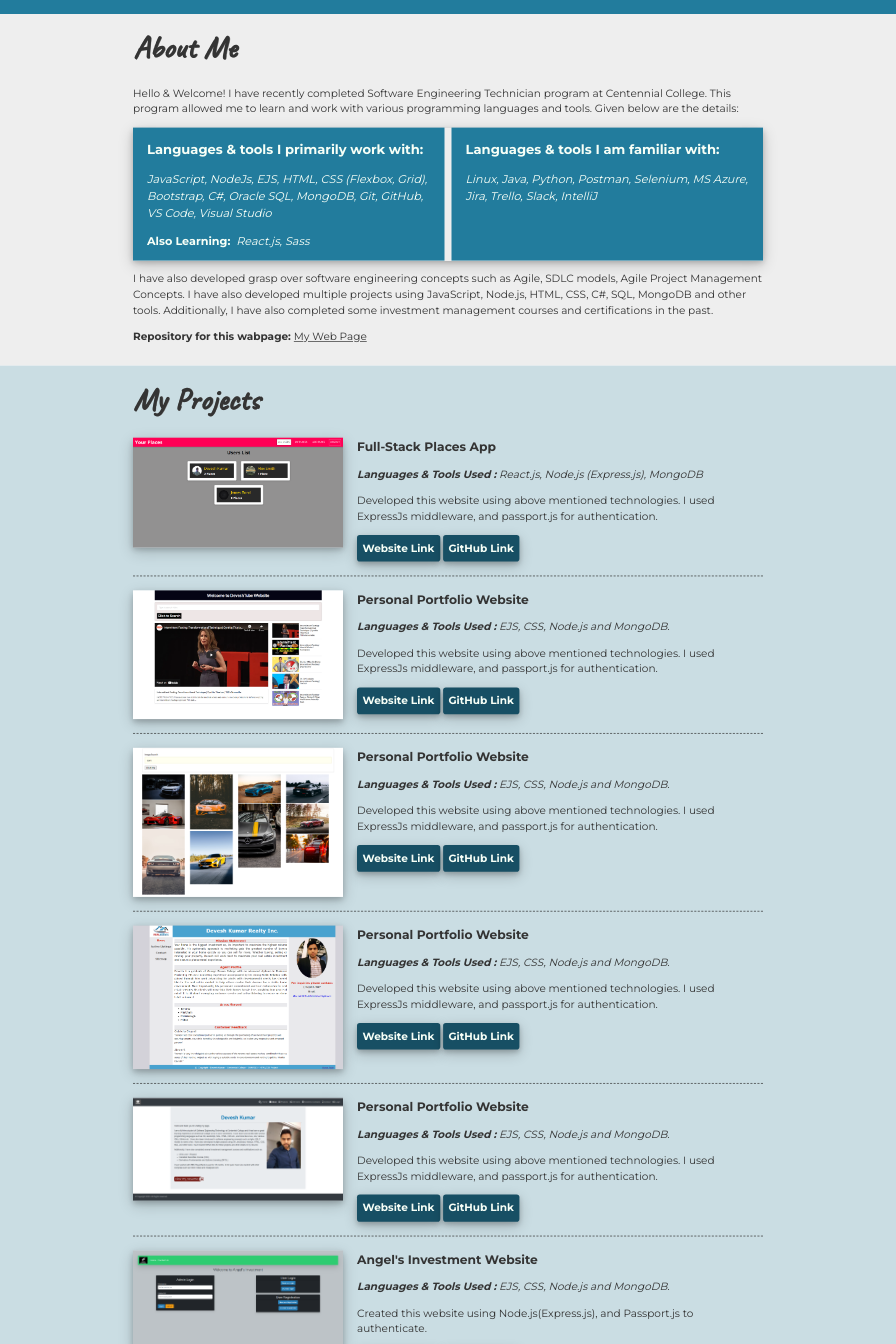
Repository: My-Web-Page/MyWebPage
Page: index.html
The author's editor kept a copy of each file at every save. The page is drawn from the files as they stood at one save, then again after the next save.
The browser window is 1280 px wide. The pictures show the part of the page from y = 555 to 2475 px (the page is 4755 px tall before and 4779 px after), at 70% of full size.
Some web libraries are served in a nearby version.

Above is the page before, as saved 2021-09-06 22:54:21.

### index.html
<!DOCTYPE html>
<html lang="en">

<head>
    <meta charset="UTF-8">
    <meta name="viewport" content="width=device-width, initial-scale=1.0">
    <link href="./assets/images/favicon.ico" rel="icon" type="image/x-icon" />

    <title> Devesh Kumar : Full-Stack Developer</title>
    <link rel="preconnect" href="https://fonts.gstatic.com">
    <link href="https://fonts.googleapis.com/css2?family=Caveat&family=Montserrat:wght@400;700&display=swap" rel="stylesheet">
    <link rel="stylesheet" href="https://pro.fontawesome.com/releases/v5.10.0/css/all.css" integrity="sha384-AYmEC3Yw5cVb3ZcuHtOA93w35dYTsvhLPVnYs9eStHfGJvOvKxVfELGroGkvsg+p" crossorigin="anonymous" />

    <link rel="stylesheet" href="style.css">
</head>

<body>
    <main>
        <!-- ***********************  ABOUT / PROFILE  *********************** -->
        <header>
            <div class="container">
                <h1>Devesh Kumar</h1>
                <h2>Software Developer</h2>
            </div>
        </header>

        <nav id="navbar">
            <ul class="nav-ul">
                <li>
                    <a href="#about-me"><i class="fas fa-info-circle"></i>About Me</a>
                </li>
                <li>
                    <a href="#projects"><i class="fab fa-elementor"></i>Projects</a>
                </li>
                <li>
                    <a href="#education"><i class="fas fa-graduation-cap"></i>Education</a>
                </li>
                <li>
                    <a href="#work-experience"><i class="fas fa-briefcase"></i>Work Experience</a>
                </li>
                <li>
                    <a href="#contact"><i class="fas fa-mobile-alt"></i>Contact Me</a>
                </li>
            </ul>
        </nav>

        <!-- *********************About Me***********************  -->
        <section id="about-me">
            <div class="container">
                <h2>About Me</h2>
                <p>Hello & Welcome! I have recently completed Software Engineering Technician program at Centennial College. This program allowed me to learn and work with various programming languages and tools. Given below are the details: </p>
                <div class="grid-container">
                    <div class="grid-item">
                        <h3>Languages & tools I primarily work with:</h3>
                        <p> JavaScript, NodeJs, EJS, HTML, CSS (Flexbox, Grid), Bootstrap, C#, Oracle SQL, MongoDB, Git, GitHub, VS Code, Visual Studio</p>
                        <p><strong>Also Learning:</strong>&nbsp; <em>React.js, Sass</em></p>
                    </div>

                    <div class="grid-item">
                        <h3>Languages & tools I am familiar with:</h3>
                        <p>Linux, Java, Python, Postman, Selenium, MS Azure, Jira, Trello, Slack, IntelliJ</p>
                    </div>
                </div>
                <p>I have also developed grasp over software engineering concepts such as Agile, SDLC models, Agile Project Management Concepts. I have also developed multiple projects using JavaScript, Node.js, HTML, CSS, C#, SQL, MongoDB and other tools.
                    Additionally, I have also completed some investment management courses and certifications in the past.
                </p>

                <p><strong>Repository for this wabpage: </strong><a id="my-page-repo" target="_blank" href="https://github.com/portretrieve/MyWebPage">My Web Page</a></p>

            </div>
        </section>

        <!-- *********************Pop-Ups***********************  -->
        <section class="popup-wrapper" id="popup">
            <div class="container">
                <img id="popup-img" alt="finalproject popup">
            </div>
        </section>
        <!-- ********************  PROJECTS / PORTFOLIO  ********************* -->
        <section id="projects" class="projects">
            <div class="container divider">
                <h2>My Projects</h2>


                <!-- Project a -->
                <section class="project-item clearfix">
                    <img class="project-image" src="./assets/images/Places.png" alt="Portfolio Assignment Using Node.js, Bootstrap, EJS and MongoDB">
                    <h3>Full-Stack Places App</h3>
                    <p> <strong>Languages & Tools Used :</strong> React.js, Node.js (Express.js), MongoDB</p>
                    <p>Developed this website using above mentioned technologies. I used ExpressJs middleware, and passport.js for authentication.
                    </p>
                    <a class="btn" href="https://comp229-asnmt2.herokuapp.com/home" target="_blank">Website Link</a>
                    <a class="btn" href="https://github.com/portretrieve/Assignment_2" target="_blank">GitHub Link</a>
                </section>
                <!-- Project b -->
                <section class="project-item clearfix">
                    <img class="project-image" src="./assets/images/deveshtube.png" alt="Portfolio Assignment Using Node.js, Bootstrap, EJS and MongoDB">
                    <h3>Personal Portfolio Website</h3>
                    <p> <strong>Languages & Tools Used :</strong> EJS, CSS, Node.js and MongoDB.</p>
                    <p>Developed this website using above mentioned technologies. I used ExpressJs middleware, and passport.js for authentication.
                    </p>
                    <a class="btn" href="https://comp229-asnmt2.herokuapp.com/home" target="_blank">Website Link</a>
                    <a class="btn" href="https://github.com/portretrieve/Assignment_2" target="_blank">GitHub Link</a>
                </section>

                <!-- Project c -->
                <section class="project-item clearfix">
                    <img class="project-image" src="./assets/images/pics.png" alt="Portfolio Assignment Using Node.js, Bootstrap, EJS and MongoDB">
                    <h3>Personal Portfolio Website</h3>
                    <p> <strong>Languages & Tools Used :</strong> EJS, CSS, Node.js and MongoDB.</p>
                    <p>Developed this website using above mentioned technologies. I used ExpressJs middleware, and passport.js for authentication.
                    </p>
                    <a class="btn" href="https://comp229-asnmt2.herokuapp.com/home" target="_blank">Website Link</a>
                    <a class="btn" href="https://github.com/portretrieve/Assignment_2" target="_blank">GitHub Link</a>
                </section>
                <!-- Project d -->
                <section class="project-item clearfix">
                    <img class="project-image" src="./assets/images/realEstate.png" alt="Portfolio Assignment Using Node.js, Bootstrap, EJS and MongoDB">
                    <h3>Personal Portfolio Website</h3>
                    <p> <strong>Languages & Tools Used :</strong> EJS, CSS, Node.js and MongoDB.</p>
                    <p>Developed this website using above mentioned technologies. I used ExpressJs middleware, and passport.js for authentication.
                    </p>
                    <a class="btn" href="https://comp229-asnmt2.herokuapp.com/home" target="_blank">Website Link</a>
                    <a class="btn" href="https://github.com/portretrieve/Assignment_2" target="_blank">GitHub Link</a>
                </section>
                <!-- Project 1 -->
                <section class="project-item clearfix">
                    <img class="project-image" src="./assets/images/assignment_2.png" alt="Portfolio Assignment Using Node.js, Bootstrap, EJS and MongoDB">
                    <h3>Personal Portfolio Website</h3>
                    <p> <strong>Languages & Tools Used :</strong> EJS, CSS, Node.js and MongoDB.</p>
                    <p>Developed this website using above mentioned technologies. I used ExpressJs middleware, and passport.js for authentication.</p>
                    <a class="btn" href="https://comp229-asnmt2.herokuapp.com/home" target="_blank">Website Link</a>
                    <a class="btn" href="https://github.com/portretrieve/Assignment_2" target="_blank">GitHub Link</a>
                </section>

                <!-- Project 2 -->
                <section class="project-item clearfix">
                    <img class="project-image" src="./assets/images/final_project.png" alt="Final Project Using Node.js, Bootstrap, EJS and MongoDB">
                    <h3>Angel's Investment Website</h3>
                    <p> <strong>Languages & Tools Used :</strong> EJS, CSS, Node.js and MongoDB.</p>
                    <p>Created this website using Node.js(Express.js), and Passport.js to authenticate.</p>
                    <a class="btn" href="https://angelinvestfinal.herokuapp.com/" target="_blank">Website Link</a>
                    <a class="btn" href="https://github.com/Angel-Investor/AngelInvestor-Web-App" target="_blank">GitHub
                        Link</a>
                </section>

                <!-- Project 3 -->
                <section class="project-item clearfix">
                    <img class="project-image" src="./assets/images/slot-machine.png" alt="Casino slot machine game using HTML, CSS, JavaScript, TypeScript and EaselJS">
                    <h3>Slot Machine Game</h3>
                    <p> <strong>Languages & Tools Used :</strong> HTML, CSS, JavaScript, TypeScript and EaselJS.</p>
                    <a class="btn" href="https://portretrieve.github.io/COMP125-Assignment-4-CreateJS-Slot-Machine/" target="_blank">Website Link</a>
                    <a class="btn" href="https://github.com/portretrieve/COMP125-Assignment-4-CreateJS-Slot-Machine" target="_blank">GitHub Link</a>
                </section>

                <!-- Project 4 -->
                <section class="project-item clearfix">
                    <img class="project-image" src="./assets/images/restaurant_app.png" alt="Restaurant app using C# WPF MVVM">
                    <h3>Restaurant POS system app</h3>
                    <p> <strong>Languages & Tools Used :</strong> C#, WPF and XAML.</p>
                    <p>Created the restaurant P.O.S app using C# and WPF.</p>
                    <a class="btn" href="https://github.com/portretrieve/Restaurant_app" target="_blank">GitHub Link</a>
                </section>
                <section>
                    <h3>Other Projects: </h3>
                    <p> <strong>Languages & Tools Used :</strong> C#, WinForms, SQL, PL/SQL, Java, Python, Jira, Trello, Lucid Charts, MS Visio etc. </p>
                    <p>In addition to the projects above, I have also developed other projects using the languages and tools above. All of these projects can be found on my <span><a
                                href="https://github.com/portretrieve" target="_blank">GitHub Page</a>.</span></p>
                </section>
            </div>
        </section>

        <!-- ******************  EDUCATION & CERTIFICATIONS ****************** -->
        <section id="education" class="education">
            <div class="container item-details">

                <h2>Education</h2>

                <section>
                    <h3>Software Engineering Technician Diploma</h3>
                    <p>Centennial College, Toronto ON, 2020-2021</p>
                    <p>4 semesters full-time software engineering diploma program </p>
                </section>
                <section>
                    <h3>Chartered Financial Analyst – CFA Level 1 Passed</h3>
                    <p>CFA Institute, 2018</p>
                </section>
                <br>
                <section class="csc">
                    <h3>Canadian Securities Course (CSC)</h3>
                    <h3>Derivatives Fundamentals and Options Licensing (DFOL)</h3>
                    <p>Canadian Securities Institute, 2017-2019 </p>
                </section>
                <section>
                    <h3>Bachelor of Science</h3>
                    <p>M.J.P. Rohilkhand University India, 2003-2006</p>
                </section>
            </div>
        </section>

        <!-- ***********************  WORK EXPERIENCE  *********************** -->
        <section id="work-experience" class="work-experience">
            <div class="container item-details divider">
                <h2>Work Experience</h2>

                <!-- Job 1 -->
                <section class="job-item">
                    <div class="job-details">
                        <h3>Client Advisor</h3>
                        <p>RBC Royal Bank</p>
                        <p>Mar 2017 - Sep 2018</p>
                    </div>
                    <div class="job-summary">
                        <ul>
                            <li>Proactively engage with clients and deliver an outstanding service experience through completing transactions, and by identifying sales and referral opportunities.</li>
                            <li>Focus on education and demonstration, leverage technology to deliver a memorable client experience, drive sales and retain business.</li>
                            <li>Manage risks by adhering to compliance routines, processes, and controls to protect client and shareholder interests while completing transactions.</li>
                        </ul>

                    </div>
                </section>

                <!-- Job 2 -->
                <section class="job-item">

                    <div class="job-details">
                        <h3>Night Auditor</h3>
                        <p>DoubleTree by Hilton</p>
                        <p>Feb 2017 - Aug 2018</p>

                    </div>
                    <div class="job-summary">
                        <ul>
                            <li>Daily Reconciling of days transactions for all departments including front office, restaurant, lounge and banquets.</li>
                            <li>Responsible for cash float and receipt of customer payments via cash or credit card, balancing cash at shift end and generating the accounting reports.</li>
                            <li>Completing reservations, provide information, assistance to guests.</li>
                        </ul>
                    </div>

                </section>

                <!-- Job 3 -->
                <section class="job-item">
                    <div class="job-details">
                        <h3>Executive CCS (Outbound/Inbound Sales Representative)</h3>
                        <p>Fareportal.com (Cheapoair.com/Cheapoair.ca)</p>
                        <p>Dec 2008 – Aug 2013</p>
                    </div>
                    <div class="job-summary">
                        <ul>
                            <li>Making outbound calls and recieving inbound calls to sale travel products such as flight tickets, hotel reservations, car rentals and travel insurances etc.</li>
                            <li>Meeting sales and customer service targets by understanding client needs, offering first call resolution of issues, and actively promoting and selling products and services that meet your clients’ needs.</li>
                            <li>Preparing the sales reports and contacting clients whenever required to provide them with changes to the reservations and providing them additional assistance.</li>
                        </ul>
                    </div>
                </section>
                <a class="top-btn" href="#top">Page Top</a>

            </div>
        </section>


        <!-- *****************  CONTACT INFO / SOCIAL MEDIA  ***************** -->
        <footer>
            <div id="contact" class="container">
                <h2>Let's Stay in Touch!</h2>
                <!-- Social media and contact links. Add or remove any networks. -->
                <ul class="contact-list">
                    <li><a href="mailto:deveshkumar2107@hotmail.com"><i
                                class="fas fa-envelope"></i>&nbsp;deveshkumar2107@hotmail.com</a></li>
                    <li><a href="https://github.com/portretrieve" target="_blank"><i
                                class="fab fa-github"></i>&nbsp;GitHub</a></li>
                    <li><a href="https://www.linkedin.com/in/devesh-kumar-2aa03b64/" target="_blank"><i
                                class="fab fa-linkedin"></i>&nbsp;LinkedIn</a></li>
                </ul>
            </div>
        </footer>
    </main>
    <script src="./script.js"></script>
</body>

</html>

Loaded but not shown: script.js (18 lines, source omitted); style.css (358 lines, source omitted)

After the next save:
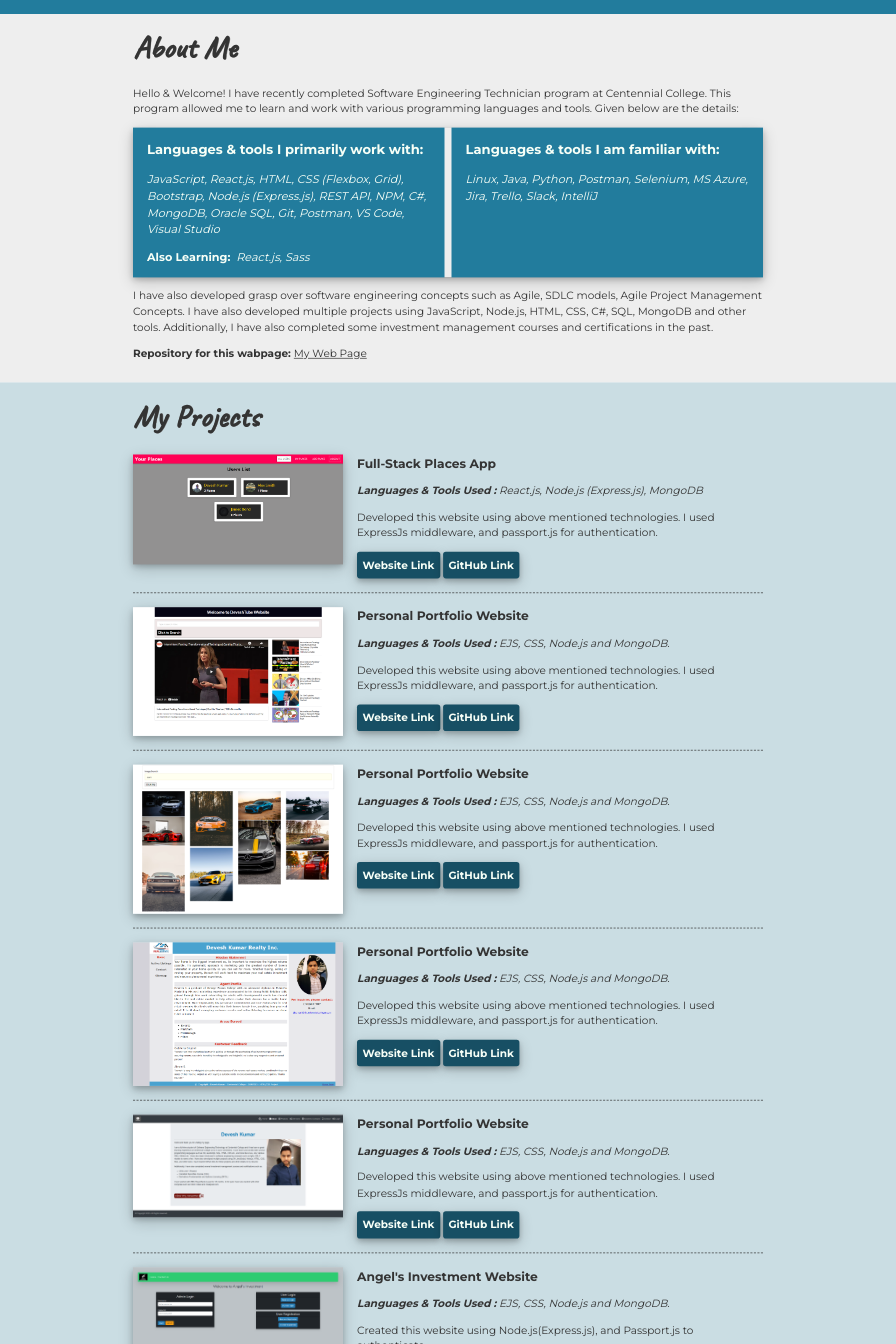
Saved 102 s later.
--- a/index.html
+++ b/index.html
@@ -52,7 +52,8 @@
                 <div class="grid-container">
                     <div class="grid-item">
                         <h3>Languages & tools I primarily work with:</h3>
-                        <p> JavaScript, NodeJs, EJS, HTML, CSS (Flexbox, Grid), Bootstrap, C#, Oracle SQL, MongoDB, Git, GitHub, VS Code, Visual Studio</p>
+                        <p> JavaScript, React.js, HTML, CSS (Flexbox, Grid), Bootstrap, Node.js (Express.js), REST API, NPM, C#, MongoDB, Oracle SQL, Git, Postman, VS Code, Visual Studio
+                        </p>
                         <p><strong>Also Learning:</strong>&nbsp; <em>React.js, Sass</em></p>
                     </div>
 
